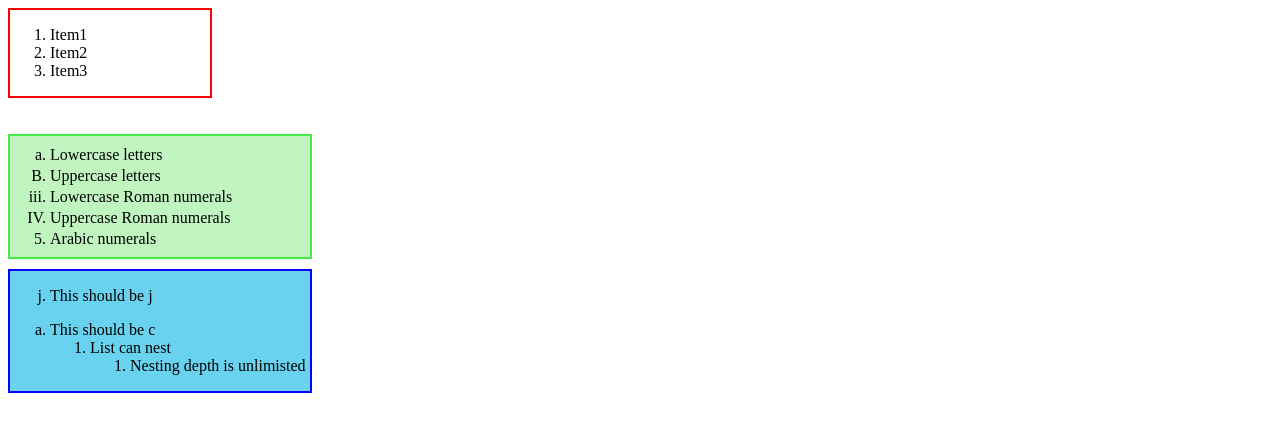
Repository: Tan-Khang21/TH_TKW--Buoi_01
Page: Buoi_01/Bt_ve_nha/BT_01/main.html
An editor plug-in stored every save of this project. The page is shown before and after a run of saves, followed by the edit.
The browser window is 1280 px wide. The pictures show the whole page.

Above is the page before, as saved 2024-01-22 17:11:45.

### Buoi_01/Bt_ve_nha/BT_01/main.html
<!DOCTYPE html>
<html lang="en">
<head>
    <meta charset="UTF-8">
    <meta name="viewport" content="width=device-width, initial-scale=1.0">
    <title>Document</title>
    <link rel="stylesheet" href="style.css">
</head>
<body>
    <div class="red">
        <ol>
            <li>Item1</li>
            <li>Item2</li>
            <li>Item3</li>
        </ol>
    </div>
    <br><br>
    <div class="green">
        <ol type="a">
            <li>Lowercase letters</li>
        </ol>
        <ol type="A" start="2">
            <li>Uppercase letters</li>
        </ol>
        <ol type="i" start="3">
            <li>Lowercase Roman numerals</li>
        </ol>
        <ol type="I" start="4">
            <li>Uppercase Roman numerals</li>
        </ol>
        <ol start="5">
            <li>Arabic numerals</li>
        </ol>
    </div>
    <div class="blue">
        <ol type="a" start="10">
            <li > This should be j</li>
        </ol>
        <ol class="space" type="a" start="c">
            <li > This should be c</li>
            <ol>
                <li>List can nest</li>
                <ol>
                    <li>Nesting depth is unlimisted</li>
                </ol>
            </ol>
        </ol>
    </div>
</body>
</html>

### Buoi_01/Bt_ve_nha/BT_01/style.css
.red{
    width: 200px;
    border: 2px solid red;
}
.green{
    line-height: 5px;
    width: 300px;
    border:2px solid rgb(69, 235, 69);
    background-color: rgb(192, 245, 192);
}
.blue{
    margin-top: 10px;
    width: 300px;
    border:2px solid blue;
    background-color: rgb(104, 210, 239);
}
.space{
    margin-top: 3px;
}

After the next 4 saves:
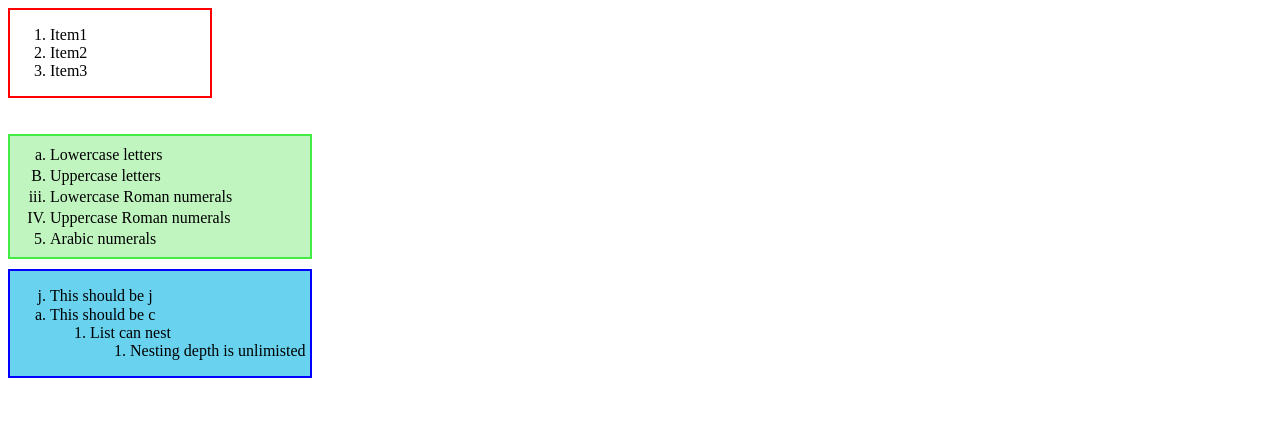
The 4 saves are shown as one change because they came seconds apart.
The last was saved 17 s later.
--- a/Buoi_01/Bt_ve_nha/BT_01/style.css
+++ b/Buoi_01/Bt_ve_nha/BT_01/style.css
@@ -15,5 +15,5 @@
     background-color: rgb(104, 210, 239);
 }
 .space{
-    margin-top: 3px;
+    margin-top: -15px;
 }
